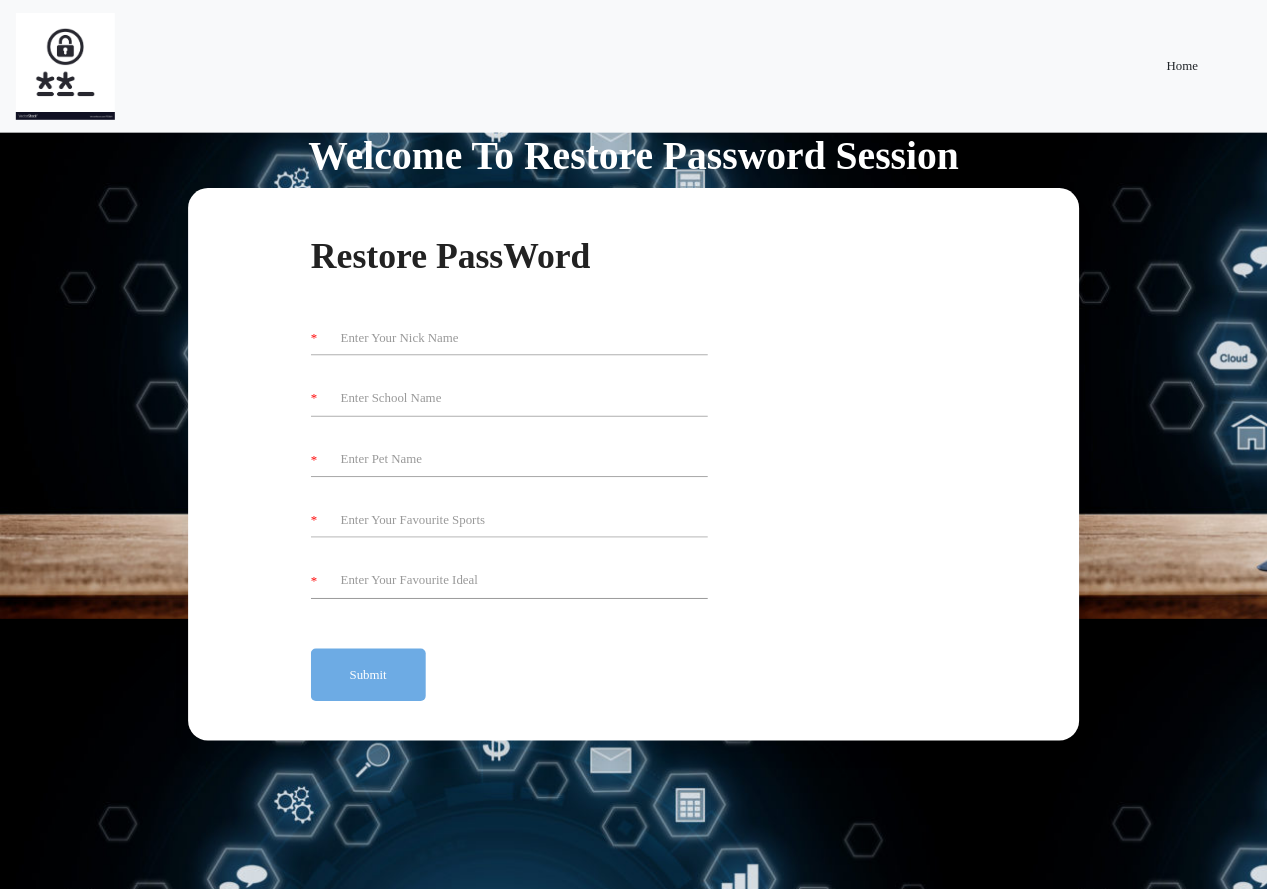
Repository: Sunil-731820/AllWorkingModels
Page: http://localhost/PasswordManagerApp/AddQuestionForFutureRestorePassword.jsp
The author's editor kept a copy of each file at every save. The page is drawn from the files as they stood at one save, then again after the next save.
The browser window is 1280 px wide. The pictures show the whole page, at 99% of full size.
Some web fonts or font styles are not loaded; a fallback is used. Some web libraries are served in a nearby version. The page is served by Tomcat 9. Other server files are loaded and not shown.

Above is the page before, as saved 2022-09-27 09:30:36.

### PasswordManagerApp/src/main/webapp/AddQuestionForFutureRestorePassword.jsp
<%@ page language="java" contentType="text/html; charset=ISO-8859-1"
    pageEncoding="ISO-8859-1"%>
<!DOCTYPE html>
<html>
<head>
<meta charset="ISO-8859-1">
<title>Insert title here</title>
<link rel="stylesheet" href="fonts/material-icon/css/material-design-iconic-font.min.css">
        <link rel="stylesheet"
              href="https://stackpath.bootstrapcdn.com/bootstrap/4.3.1/css/bootstrap.min.css">
        <link rel="stylesheet"
              href="https://maxcdn.bootstrapcdn.com/font-awesome/4.7.0/css/font-awesome.min.css">
        <script
        src="https://ajax.googleapis.com/ajax/libs/jquery/3.3.1/jquery.min.js"></script>
        <script
        src="https://cdnjs.cloudflare.com/ajax/libs/popper.js/1.14.7/umd/popper.min.js"></script>
        <script
        src="https://stackpath.bootstrapcdn.com/bootstrap/4.3.1/js/bootstrap.min.js"></script>
        <link
            href="//maxcdn.bootstrapcdn.com/bootstrap/4.0.0/css/bootstrap.min.css"
            rel="stylesheet" id="bootstrap-css">
        <script
        src="//maxcdn.bootstrapcdn.com/bootstrap/4.0.0/js/bootstrap.min.js"></script>
        <script
        src="//cdnjs.cloudflare.com/ajax/libs/jquery/3.2.1/jquery.min.js"></script>
        <link rel="stylesheet" href="css/register.css" type="text/css" />
         <style type="text/css">

         .required:after {
    content:" *";
    color: red;
  }
        body {
            background-image: url("img/pass4.jpeg");
            background-color: #cccccc;
        }
        .img-rounded {
            height: 100%;
            width: 100%;
        }
        h1 {
            color: white;
            text-align: center;
        }
    </style>
</head>
<body>
<nav class="navbar navbar-expand-md navbar-light bg-light">
            <a href="#" class="navbar-brand"> <img src="img/icons.jpg"
                                                   height="30" width="100" alt="HospitalManagementSystem">
            </a>
            <button type="button" class="navbar-toggler" data-toggle="collapse"
                    data-target="#navbarCollapse">
                <span class="navbar-toggler-icon"></span>
            </button>

            <div class="collapse navbar-collapse" id="navbarCollapse">
                <div class="navbar-nav ml-auto" style="margin-right: 30px;">
                    <a class="dropdown-item" href="HomePage.jsp">Home</a>
                </div>
            </div>
        </nav>
        <div>
            <h1>
                <b>Welcome To Restore Password Session</b>
            </h1>
        </div>
        <form action="AddQuestionForFutureRestorePassword.jsp" method="post">
            <!-- Sign up form -->
            <section class="signup">
                <div class="container">
                    <div class="signup-content">
                        <div class="signup-form">
                            <h2 class="form-title">Restore PassWord</h2>
                            <form class="register-form" id="register-form">
                                <div class="form-group">
                                    <label for="email" class="required"><i class="zmdi zmdi-email"></i></label>
                                    <input type="number" name="id" id="email" placeholder="Enter Your Nick Name" required="required" />
                                </div>
                                <div class="form-group">
                                    <label for="pass" class="required"><i class="zmdi zmdi-lock"></i></label>
                                    <input type="text" name="fname" id="pass" placeholder="Enter School Name" required="required"/>
                                </div>
                                <div class="form-group">
                                    <label for="pass" class="required"><i class="zmdi zmdi-lock"></i></label>
                                    <input type="text" name="lname" id="pass" placeholder="Enter Pet Name" required="required"/>
                                </div>
                                <div class="form-group">
                                    <label for="pass" class="required"><i class="zmdi zmdi-lock"></i></label>
                                    <input type="text" name="gender" id="pass" placeholder="Enter Your Favourite Sports" required="required"/>
                                </div>
                                <div class="form-group">
                                    <label for="pass" class="required"><i class="zmdi zmdi-lock"></i></label>
                                    <input type="text" name="mobile" id="pass" placeholder="Enter Your Favourite Ideal " required="required"/>
                                </div>

                                <div class="form-group form-button">
                                    <input type="submit" name="signup" id="signup" class="form-submit" value="Submit"/>
                                </div>
                            </form>
                        </div>

                    </div>
                </div>
            </section>
        </form>
</body>
</html>

Loaded but not shown: PasswordManagerApp/src/main/webapp/css/register.css (590 lines, source omitted)

After the next save:
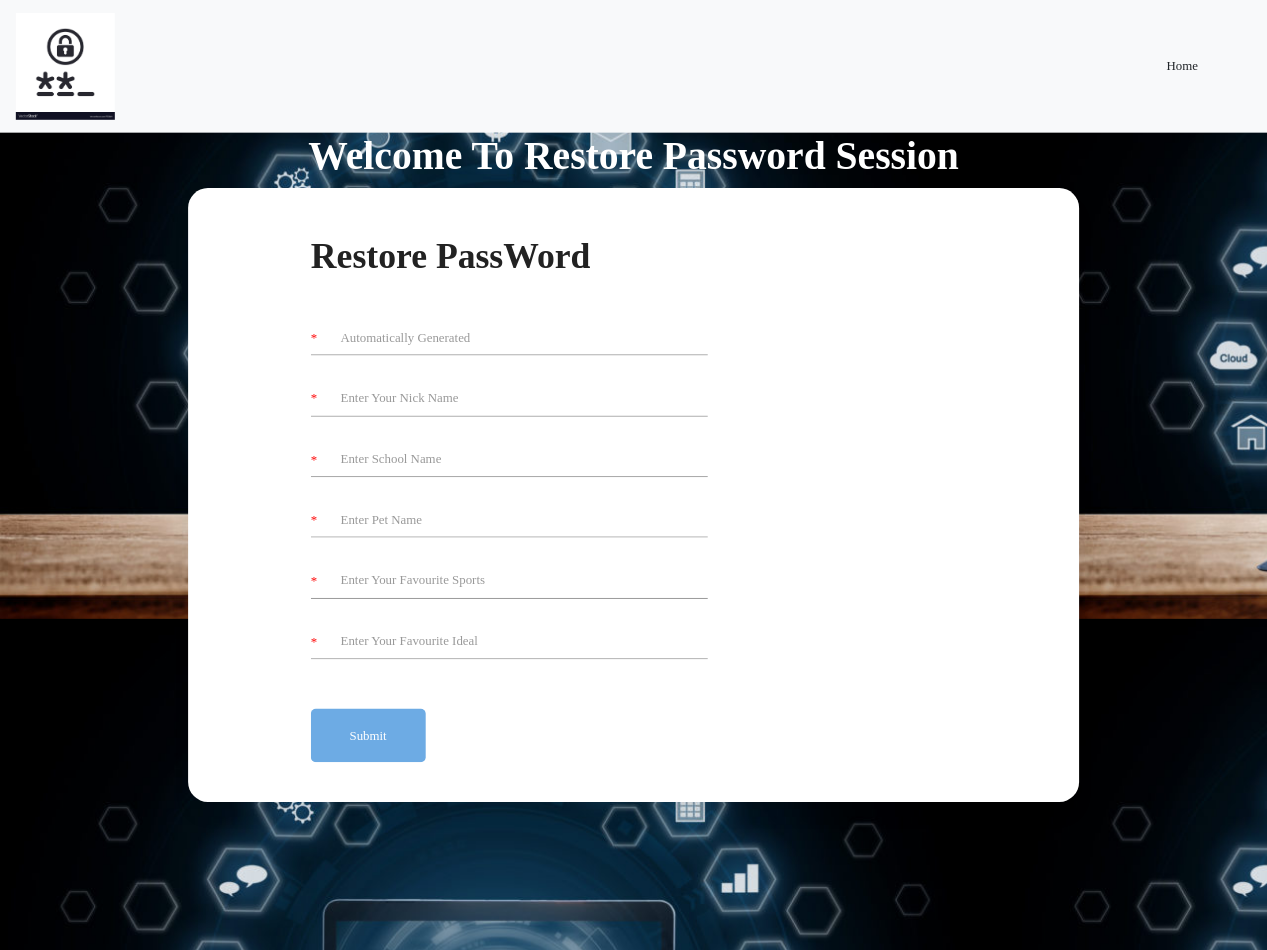
Saved 2 min 29 s later.
--- a/PasswordManagerApp/src/main/webapp/AddQuestionForFutureRestorePassword.jsp
+++ b/PasswordManagerApp/src/main/webapp/AddQuestionForFutureRestorePassword.jsp
@@ -73,6 +73,10 @@
                         <div class="signup-form">
                             <h2 class="form-title">Restore PassWord</h2>
                             <form class="register-form" id="register-form">
+                            <div class="form-group">
+                                    <label for="email" class="required"><i class="zmdi zmdi-email"></i></label>
+                                    <input type="number" name="id" id="id" placeholder="Automatically Generated " required="required" />
+                                </div>
                                 <div class="form-group">
                                     <label for="email" class="required"><i class="zmdi zmdi-email"></i></label>
                                     <input type="number" name="id" id="email" placeholder="Enter Your Nick Name" required="required" />
